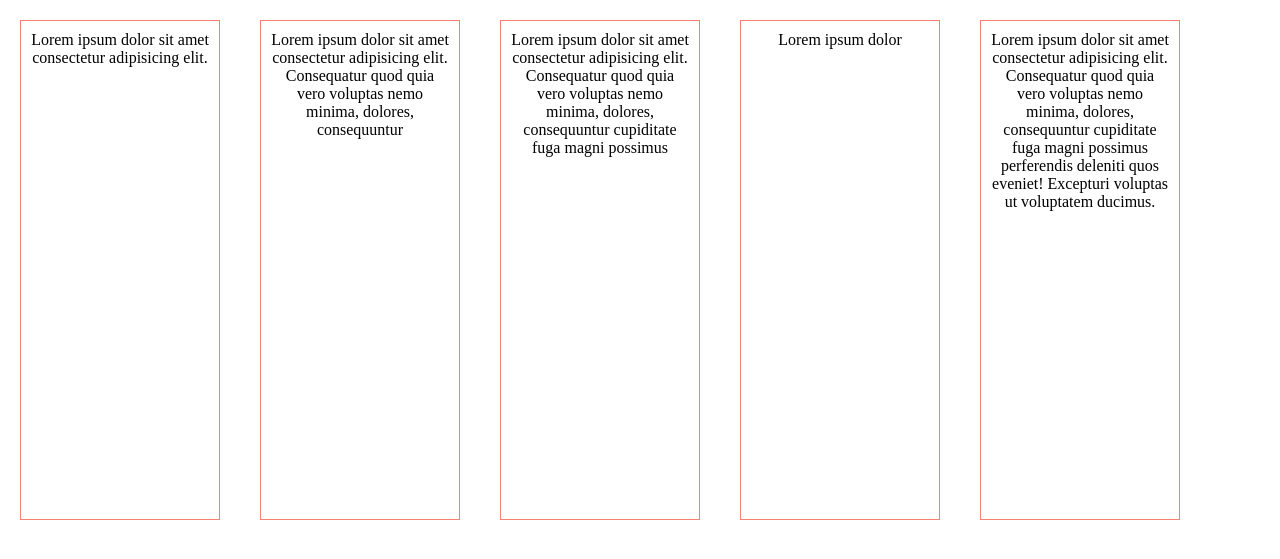
Repository: dinhconglam2306/frontend_tu_xa
Page: B07/Exercise-box-height/01-me/index.html
These files come from the project's save history. The page is drawn as it stood at one moment and after the next save; the edit follows.
The browser window is 1280 px wide. The pictures show the whole page.

Above is the page before, as saved 2021-04-14 21:34:30.

After the next save:
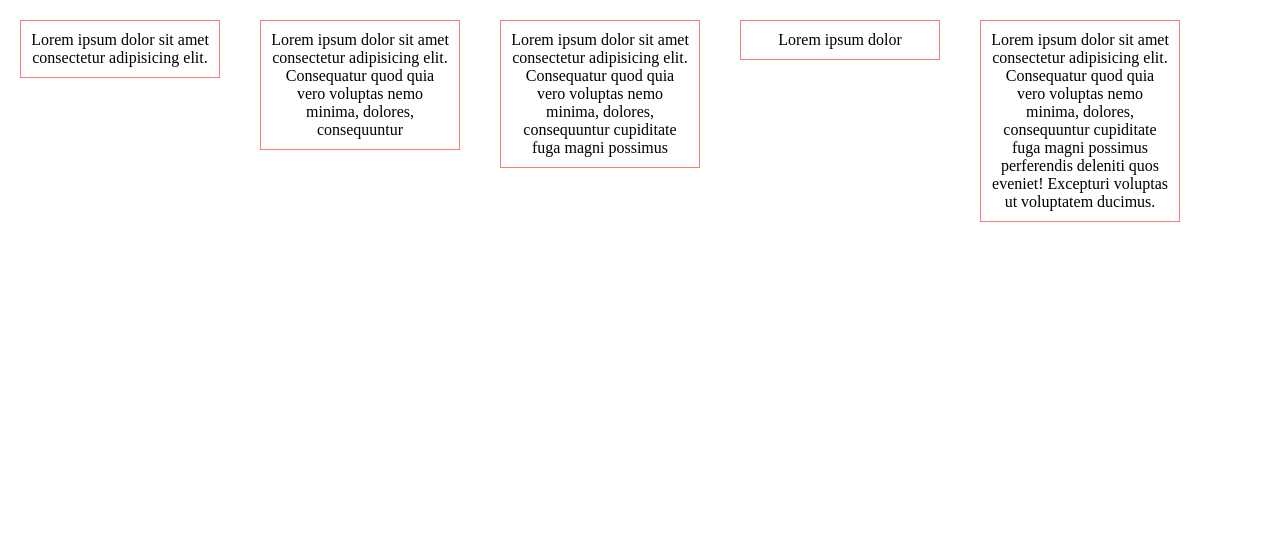
Saved 46 s later.
--- a/B07/Exercise-box-height/01-me/js/main.js
+++ b/B07/Exercise-box-height/01-me/js/main.js
@@ -7,5 +7,5 @@
   } else {
     maxBoxHeight = box.item(i).offsetHeight;
   }
-  box.item(i).style.height = "500px";
+  box.item(i).style.height = maxBoxHeight;
 }

After the 4 saves that followed:
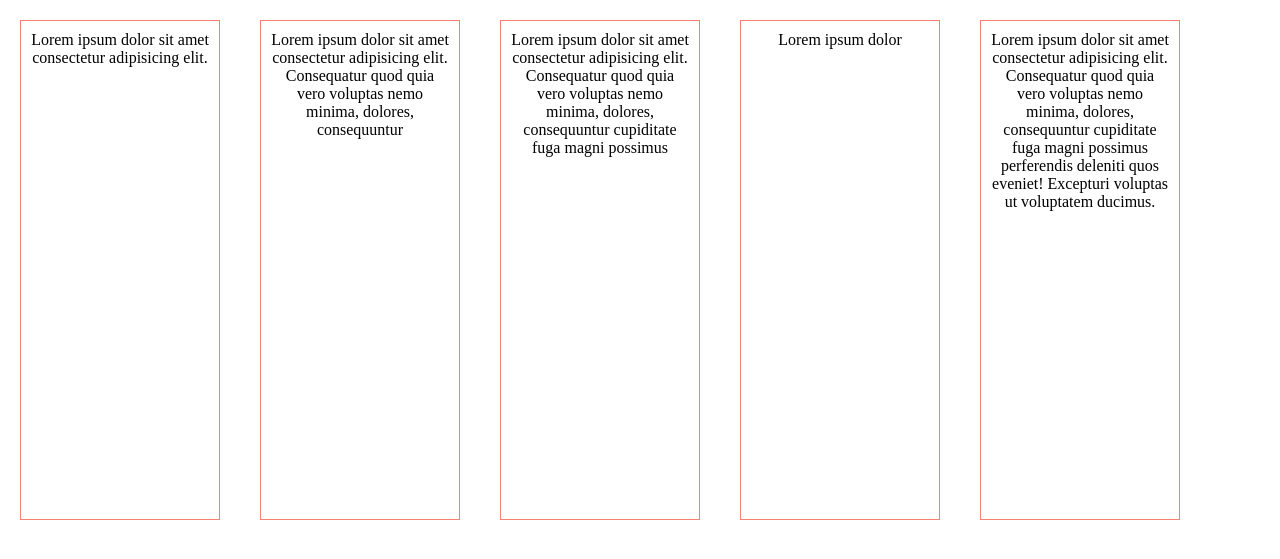
The 4 saves are shown as one change because 2 left the picture as it was and some came seconds apart.
The last was saved 33 s later.
--- a/B07/Exercise-box-height/01-me/js/main.js
+++ b/B07/Exercise-box-height/01-me/js/main.js
@@ -7,5 +7,5 @@
   } else {
     maxBoxHeight = box.item(i).offsetHeight;
   }
-  box.item(i).style.height = maxBoxHeight;
+  box.item(i).style.height = "500px";
 }
